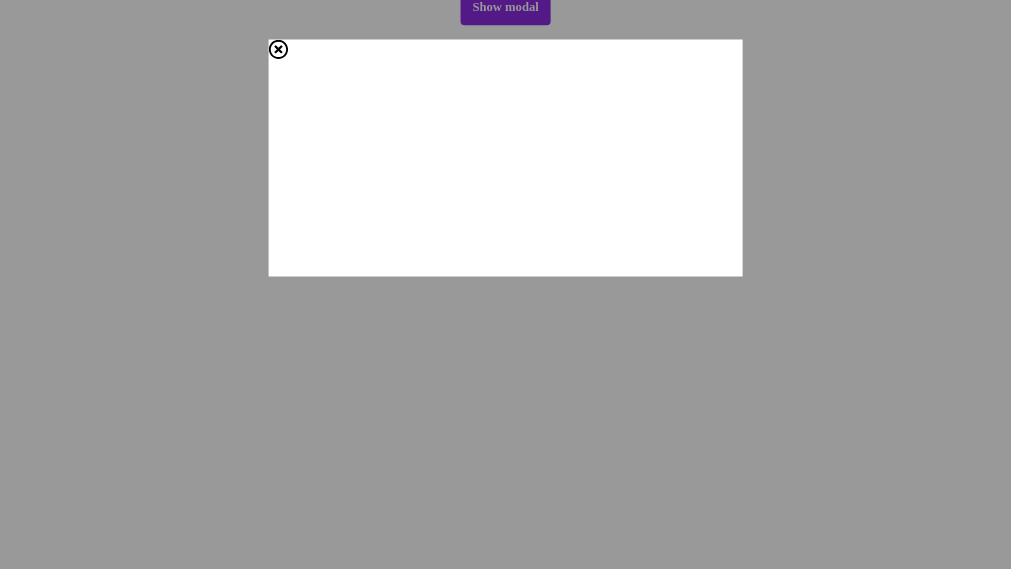
Repository: AnhTuan191298/sent-file-hoang
Page: js_modal/index.html
These files come from the project's save history. The page is drawn as it stood at one moment and after the next save; the edit follows.
The browser window is 1280 px wide. The pictures show the whole page, at 79% of full size.

Above is the page before, as saved 2021-02-01 14:07:22.

### js_modal/index.html
<!DOCTYPE html>
<html lang="en">
<head>
    <meta charset="UTF-8">
    <meta name="viewport" content="width=device-width, initial-scale=1.0">
    <title>Modal</title>
    <style>
        * {
            margin: 0;
            padding: 0;
        }
        .modal {
            display: flex;
            justify-content: center;
            width: 100%;
            height: 200px;
        }
        .modal__action {
            text-decoration: none;
            padding: 15px;
            background-color: blueviolet;
            color: white;
            font-weight: bold;
            border-radius: 5px;
        }
        .layout {
            position: fixed;
            top: 0;
            bottom: 0;
            right: 0;
            left: 0;
            background-color: rgba(0, 0, 0, 0.4);
        }
        .modal_show {
            display: flex;
            align-items: center;
            justify-content: center;
            z-index: 999;
        }
        .modal_show-contain {
            position: fixed;
            background-color: white;
            width: 600px;
            min-height: 300px;
        }
        .modal_show__close {

        }
        .modal_show__close-img {
            width: 25px;
            height: 25px;
        }
    </style>
</head>
<body>
    <div class="modal">
        <div class="modal_buttun">
            <a class="modal__action" href="#">Show modal</a>
        </div>
    </div>
    <div class="layout"></div>
    <div class="modal_show">
        <div class="modal_show-contain">
            <div class="modal_show__close">
                <img class="modal_show__close-img" src="./assets/imgs/times-circle-regular.svg" alt="close">
            </div>
        </div>
    </div>

    <script src="./assets/js/main.js"></script>
</body>
</html>

Loaded but not shown: js_modal/assets/js/main.js (no stored copy; drawn as an empty file)

After the next save:
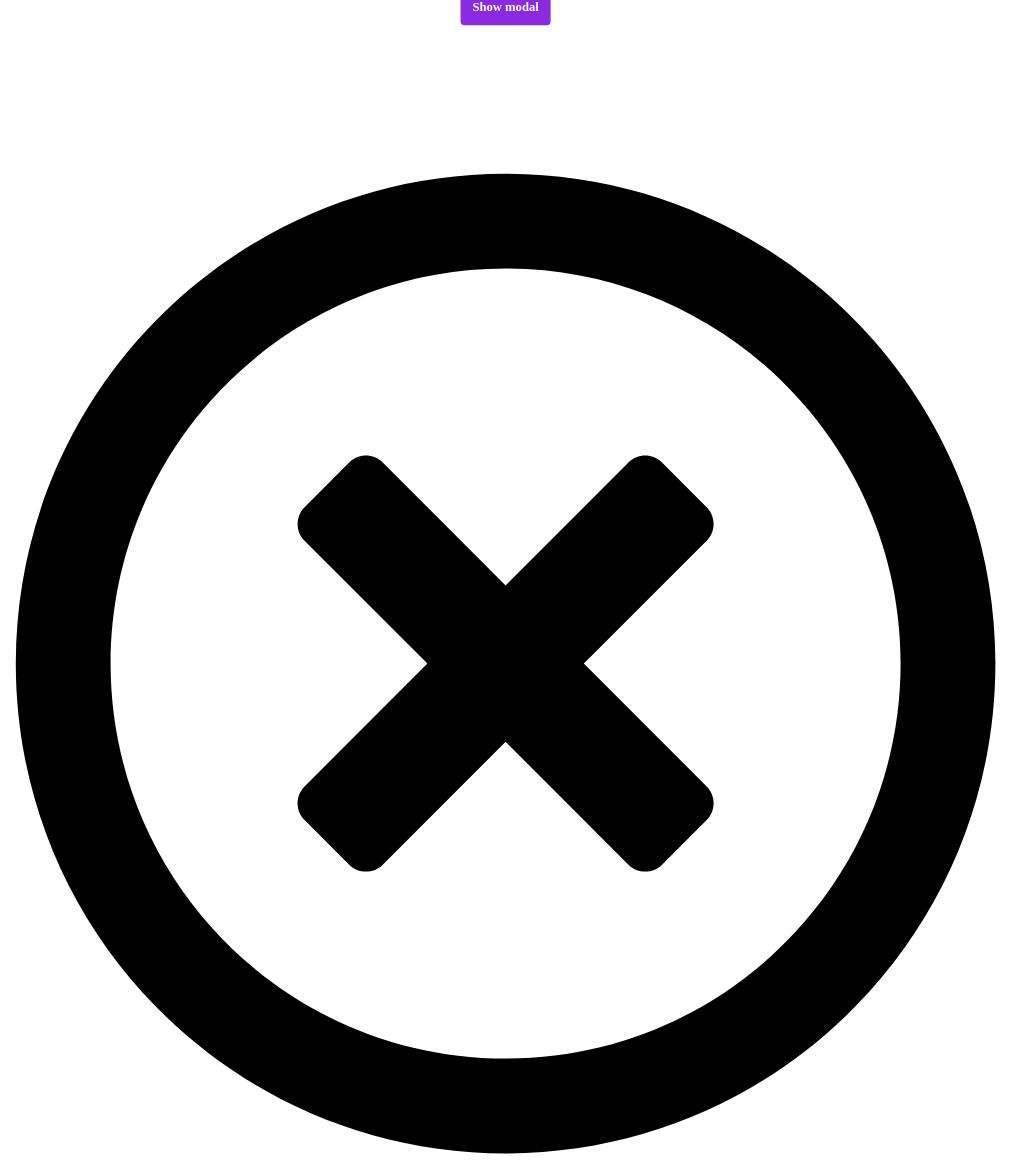
Saved 18 s later.
--- a/js_modal/index.html
+++ b/js_modal/index.html
@@ -23,7 +23,7 @@
             font-weight: bold;
             border-radius: 5px;
         }
-        .layout {
+        /* .layout {
             position: fixed;
             top: 0;
             bottom: 0;
@@ -49,7 +49,7 @@
         .modal_show__close-img {
             width: 25px;
             height: 25px;
-        }
+        } */
     </style>
 </head>
 <body>
